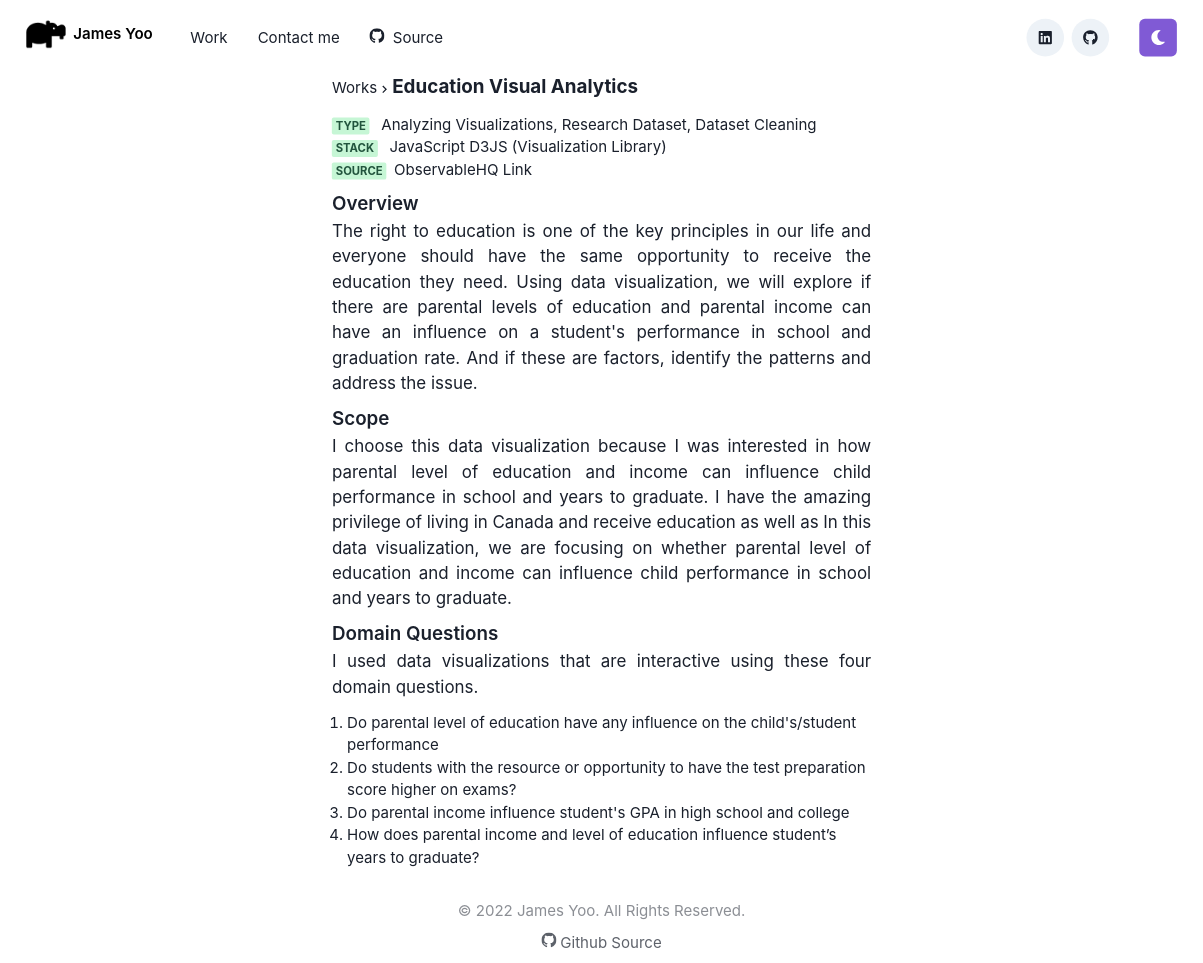
Repository: jammy729/portfolio-2022
Page: /work/educationvisualanalytics
The author's editor kept a copy of each file at every save. The page is drawn from the files as they stood at one save, then again after a run of saves.
The browser window is 1280 px wide. The pictures show the whole page, at 94% of full size.
The project was rebuilt for these pictures with package versions that can differ from the ones it lists, and the page was loaded fresh each time. Also part of the build but not shown: src/components/home.js, src/components/contact.js, src/components/layouts/layout.js, src/components/work/work.js, src/components/work/Development/WorldInstitutionDatabase/worldinstitutiondatabase.js, src/components/work/Development/GeoMemories/geomemories.js, src/components/work/Design/ExperienceDesign/experiencedesign.js, src/components/work/Development/PersonalPortfolio/personalportfolio.js. Imported but missing from the stored project, and not drawn on this page: src/components/work/Design/FinestCup/finestcup, src/components/work/Development/WorldInstitutionDatabase/universityDatabase.mp4.

Above is the page before, as saved 2022-06-28 15:53:43.

### public/index.html
<!DOCTYPE html>
<html lang="en">
  <head>
    <meta charset="utf-8" />
    <meta name="viewport" content="width=device-width, initial-scale=1" />

    <link rel="shortcut icon" href="%PUBLIC_URL%/hippo.png" />
    <link rel="manifest" href="%PUBLIC_URL%/manifest.json" />

    <title>James Yoo</title>
  </head>
  <body>
    <div id="root"></div>
  </body>
</html>

### src/index.js
import React from 'react'
import ReactDOM from 'react-dom/client'
import './index.css'
import App from './components/App'
import { ChakraProvider, ColorModeScript } from '@chakra-ui/react'

const root = ReactDOM.createRoot(document.getElementById('root'))
root.render(
  <React.StrictMode>
    <ChakraProvider>
      <ColorModeScript initialColorMode='light' />
      <App />
    </ChakraProvider>
  </React.StrictMode>
)

### src/index.css
html, body {
    height: 100%;
  }

### src/components/App.js
import React from 'react'
import Navbar from './navbar'
import { BrowserRouter as Router, Routes, Route } from 'react-router-dom'
import Home from './home'
import Contact from './contact'
import Work from './work/work'
import Footer from './footer'

import UniversityDatabase from './work/Development/WorldInstitutionDatabase/worldinstitutiondatabase'
import GeoMemories from './work/Development/GeoMemories/geomemories'
import FinestCup from './work/Design/FinestCup/finestcup'
import ExperienceDesign from './work/Design/ExperienceDesign/experiencedesign'
import EducationVisualAnalytic from './work/Development/EducationVisualAnalytics/educationvisualanalytics'
import PersonalPortfolio from './work/Development/PersonalPortfolio/personalportfolio'

const App = () => {
  return (
    <Router>
      <Navbar />
      <Routes>
        <Route exact path='/' element={<Home />} />

        <Route exact path='/work' element={<Work />} />
        <Route
          exact
          path='/work/worldinstitutiondatabase'
          element={<UniversityDatabase />}
        />
        <Route exact path='/work/geomemories' element={<GeoMemories />} />
        <Route
          exact
          path='/work/educationvisualanalytics'
          element={<EducationVisualAnalytic />}
        />
        <Route
          exact
          path='/work/personalportfolio'
          element={<PersonalPortfolio />}
        />

        <Route exact path='/work/finestcup' element={<FinestCup />} />
        <Route
          exact
          path='/work/experiencedesign'
          element={<ExperienceDesign />}
        />
        <Route exact path='/contact' element={<Contact />} />
      </Routes>
      <Footer />
    </Router>
  )
}

export default App

### src/components/navbar.js
import { Link } from 'react-router-dom'
import { IconButton } from '@chakra-ui/button'
import { useColorMode } from '@chakra-ui/color-mode'
import { HamburgerIcon } from '@chakra-ui/icons'
import { GoMarkGithub } from 'react-icons/go'
import {
  Flex,
  Stack,
  HStack,
  Spacer,
  MenuItem,
  MenuButton,
  Menu,
  MenuList,
  Box,
  MenuGroup,
  Text,
  Icon
} from '@chakra-ui/react'
import { FaSun, FaMoon, FaGithub, FaLinkedin } from 'react-icons/fa'

import Logo from './logo'
const Navbar = () => {
  const { colorMode, toggleColorMode } = useColorMode()
  const isDark = colorMode === 'dark'
  return (
    <Stack direction={'row'} p={5}>
      <Flex w='full' mx={2}>
        <Logo />

        <HStack
          ml={7}
          justifyContent='center'
          display={{ base: 'none', lg: 'flex' }}
        >
          <Menu>
            <Box px={3}>
              <Link to='./work'>
                <Text>Work</Text>
              </Link>
            </Box>
            <Box px={3}>
              <Link to='/contact'>Contact me</Link>
            </Box>
            <Box px={3} alignItems='center' display='inline-flex'>
              <a
                href='https://github.com/jammy729/portfolio-2022'
                target='blank'
              >
                <Icon as={GoMarkGithub} mr={1} /> Source
              </a>
            </Box>
          </Menu>
        </HStack>

        <Spacer />

        <Box flex={3} align='right' fontSize='md' fontWeight='semibold'>
          <Box flex={1} display={{ base: 'inline-block', lg: 'none' }}>
            <Menu isLazy id='navbar-menu'>
              <IconButton
                boxSize='3rem'
                mx={1}
                icon={isDark ? <FaSun /> : <FaMoon />}
                onClick={toggleColorMode}
                colorScheme={isDark ? 'orange' : 'purple'}
              />
              <MenuButton
                boxSize='3rem'
                as={IconButton}
                icon={<HamburgerIcon />}
                aria-label='Options'
                colorScheme={isDark ? 'blue' : 'blackAlpha'}
              />
              <MenuList w={['80vw', '50vw']}>
                <MenuGroup>
                  <MenuItem pl={5}>
                    <Link to='./work'>Work</Link>
                  </MenuItem>
                  <MenuItem pl={5}>
                    <Link to='./contact'>Contact</Link>
                  </MenuItem>
                  <MenuItem pl={5}>
                    <a
                      href='https://www.linkedin.com/in/james-yoo-b4a1231a5/'
                      target='blank'
                    >
                      <Icon as={FaLinkedin} mr={1} />
                      LinkedIn
                    </a>
                  </MenuItem>
                  <MenuItem pl={5}>
                    <a href='https://github.com/jammy729' target='blank'>
                      <Icon as={GoMarkGithub} mr={1} />
                      GitHub
                    </a>
                  </MenuItem>
                </MenuGroup>
              </MenuList>
            </Menu>
          </Box>
        </Box>

        <Box display={{ base: 'none', lg: 'flex' }}>
          <a
            href='https://www.linkedin.com/in/james-yoo-b4a1231a5/'
            target='blank'
          >
            <IconButton
              icon={<FaLinkedin />}
              isRound='true'
              linkButton={true}
              mx={2}
            />
          </a>
          <a href='https://github.com/jammy729' target='blank'>
            <IconButton icon={<FaGithub />} isRound='true' linkButton={true} />
          </a>
          <IconButton
            ml={8}
            icon={isDark ? <FaSun /> : <FaMoon />}
            onClick={toggleColorMode}
            colorScheme={isDark ? 'orange' : 'purple'}
          />
        </Box>
      </Flex>
    </Stack>
  )
}

export default Navbar

### src/components/footer.js
import { Box, Icon, Text, Container, HStack } from '@chakra-ui/react'
import styled from '@emotion/styled'
import { GoMarkGithub } from 'react-icons/go'

const Bottom = styled.div`
  position: relative;
  width: 100%;
  text-align: center;
  padding-bottom: 10px;
`

const Footer = () => {
  return (
    <Box as='footer'  w="100%" position="absolute" justifyContent="space-between" mt='2rem'>
      <Container opacity={0.5}>
        <Bottom>
          &copy; {new Date().getFullYear()} James Yoo. All Rights Reserved.
        </Bottom>
      </Container>

      <HStack>
        <Bottom>
          <a
            href='https://github.com/jammy729/portfolio-2022'
            target='_blank'
            rel='noopener noreferrer'
          >
            <Text
              opacity={0.7}
              _hover={{
                opacity: '1'
              }}
            >
              <Icon as={GoMarkGithub} mr={1} />
              Github Source
            </Text>
          </a>
        </Bottom>
      </HStack>
    </Box>
  )
}

export default Footer

### src/components/work/Development/EducationVisualAnalytics/educationvisualanalytics.js
import React from 'react'
import { Title, WorkImage, Tag } from '../../../layouts/work-grid'
import { Box, Container, List, ListItem, OrderedList } from '@chakra-ui/react'
import { Writing, DescriptionText } from '../../layout'

const EducationVisualAnalytics = () => {
  return (
    <Box>
      <Container>
        <Title>Education Visual Analytics</Title>
        {/* BADGES  */}
        <List>
          <ListItem>
            <Tag> Type </Tag> Analyzing Visualizations, Research Dataset,
            Dataset Cleaning
          </ListItem>
          <ListItem>
            <Tag> Stack </Tag> JavaScript D3JS (Visualization Library)
          </ListItem>
          <ListItem>
            <Tag> Source </Tag>
            <a
              target='blank'
              href='https://observablehq.com/@jamesyoo/iat-355-final-project-spring-2021/2'
            >
              ObservableHQ Link
            </a>
          </ListItem>
        </List>

        {/* OVERVIEW   */}
        <Writing size='md' title='Overview' />
        <DescriptionText>
          The right to education is one of the key principles in our life and
          everyone should have the same opportunity to receive the education
          they need. Using data visualization, we will explore if there are
          parental levels of education and parental income can have an influence
          on a student's performance in school and graduation rate. And if these
          are factors, identify the patterns and address the issue.
        </DescriptionText>

        {/* SCOPE  */}
        <Writing size='md' title='Scope' />
        <DescriptionText>
          I choose this data visualization because I was interested in how
          parental level of education and income can influence child performance
          in school and years to graduate. I have the amazing privilege of
          living in Canada and receive education as well as In this data
          visualization, we are focusing on whether parental level of education
          and income can influence child performance in school and years to
          graduate.
        </DescriptionText>

        {/* DOMAIN QUESTIONS  */}
        <Writing size='md' title='Domain Questions' />
        <DescriptionText>
          I used data visualizations that are interactive using these four
          domain questions.
        </DescriptionText>
        <OrderedList>
          <ListItem>
            Do parental level of education have any influence on the
            child's/student performance
          </ListItem>
          <ListItem>
            Do students with the resource or opportunity to have the test
            preparation score higher on exams?
          </ListItem>
          <ListItem>
            Do parental income influence student's GPA in high school and
            college
          </ListItem>
          <ListItem>
            How does parental income and level of education influence student’s
            years to graduate?
          </ListItem>
        </OrderedList>
      </Container>
    </Box>
  )
}

export default EducationVisualAnalytics

/* <Center>
<Container>
  <Title>Education Visual Analytic</Title>
  <Text fontSize={isLargeScreen ? "lg" : "lg"} py={3}>
    Designed and implemented an interactive visualization for
    multidimensional data using Observable.{" "}
  </Text>
  <Text fontSize={isLargeScreen ? "lg" : "lg"} py={3}>
    Implemented two datasets to investigate and question the impact of
    parental levels of education and income on the student's performance
    in school and graduation rate.
  </Text>
  <List py={2}>
    <ListItem>
      <Tag>Type</Tag> Academic Project
    </ListItem>
    <ListItem>
      <Tag>Stack</Tag> JavaScript and D3JS (visualization library)
    </ListItem>
    <ListItem>
      <Tag>Website</Tag>{" "}
      <a href="https://observablehq.com/@jamesyoo/iat-355-final-project-spring-2021/2">
        https://observablehq.com/@jamesyoo/iat-355-final-project-spring-2021/2
      </a>
    </ListItem>
  </List>
</Container>
</Center> */

### src/components/logo.js
import React from 'react'
import { Box, Center, Image, Heading, Text } from '@chakra-ui/react'
import { Link } from 'react-router-dom'
import { useColorMode } from '@chakra-ui/color-mode'
import styled from '@emotion/styled'
import HippoImg from '../contents/hippo.png'
import HippoImgDark from '../contents/hippo-dark.png'
import { useMediaQuery } from '@chakra-ui/react'

const LogoBox = styled.span`
  display: inline-flex;
  align-items: center;

  &:hover img {
    transform: rotate(-10deg);
  }
`
const Logo = () => {
  const { colorMode } = useColorMode()
  const isDark = colorMode === 'dark'
  const [isLargeScreen] = useMediaQuery('(min-width:750px)')
  return (
    <Box>
      <Center>
        <LogoBox>
          <Image
            src={isDark ? HippoImgDark : HippoImg}
            w={{ base: '50px' }}
            pr={2}
          />
          <Heading
            justifyContent='center'
            size={isLargeScreen ? 'md' : 'md'}
            fontWeight='semibold'
            color={isDark ? 'white' : 'black'}
          >
            <Link to='/'>
              <Text fontSize='md'>James Yoo</Text>
            </Link>
          </Heading>
        </LogoBox>
      </Center>
    </Box>
  )
}

export default Logo

### src/components/layouts/work-grid.js
import React from 'react'
import { Link } from 'react-router-dom'
import {
  Box,
  LinkBox,
  LinkOverlay,
  Text,
  Image,
  Heading,
  Badge,
  Center
} from '@chakra-ui/react'
import { useMediaQuery } from '@chakra-ui/media-query'
import { ChevronRightIcon } from '@chakra-ui/icons'
import { useColorMode } from '@chakra-ui/color-mode'

export const WorkGrid = ({ children, id, title, thumbnail }) => {
  const [isLargeScreen] = useMediaQuery('(min-width:750px)')

  return (
    <Box maxW='100%' maxH='auto' pb={6} textAlign='center' position='relative'>
      <Link to={`/work/${id}`}>
        <LinkBox cursor='pointer'>
          <Image
            objectFit='cover'
            margin='auto'
            src={thumbnail}
            alt={title}
            placeholder='blur'
            w='100%'
            h={isLargeScreen ? '300px' : '270px'}
            borderRadius='lg'
            fallbackSrc='https://via.placeholder.com/150'
          />
          <LinkOverlay to={`/work/${id}`}>
            <Text mt={2} fontSize={20} fontWeight='semibold'>
              {title}
            </Text>
          </LinkOverlay>
          <Text fontSize={14} px={5}>
            {children}
          </Text>
        </LinkBox>
      </Link>
    </Box>
  )
}

export const Title = ({ children }) => (
  <Box>
    <Link to='/work'>Works</Link>
    <span>
      <ChevronRightIcon />
    </span>
    <Heading display='inline-block' as='h3' fontSize={20} mb={4}>
      {children}
    </Heading>
  </Box>
)

export const WorkImage = ({ src, alt, caption, w }) => {
  const { colorMode } = useColorMode()

  const isDark = colorMode === 'dark'
  return (
    <Box mb={3}>
      <Image borderRadius='2xl' w={w} src={src} alt={alt} mt={4} />
      <Center>
        <Text color={isDark ? 'gray.300' : 'gray.500'}>{caption}</Text>
      </Center>
    </Box>
  )
}

export const Tag = ({ children }) => (
  <Badge colorScheme='green' mr={2}>
    {children}
  </Badge>
)

### src/components/work/layout.js
import React from 'react'
import { Link } from 'react-router-dom'
import { useColorMode } from '@chakra-ui/color-mode'
import { useMediaQuery } from '@chakra-ui/media-query'

import {
  Center,
  Flex,
  Box,
  Text,
  Button,
  Stack,
  Heading,
  Image
} from '@chakra-ui/react'
import profile from '../work/Home/profile.JPG'
export const HeroSection = ({ name, role, work, contact, src }) => {
  const { colorMode } = useColorMode()
  const isDark = colorMode === 'dark'

  const [isLargeScreen] = useMediaQuery('(min-width:750px)')
  return (
    <Center>
      <Flex>
        <Box>
          <Center>
            <Image
              boxSize={isLargeScreen ? '300px' : '250px'}
              src={profile}
              objectFit='cover'
              borderRadius='lg'
            />
          </Center>

          <Text fontSize='3xl' fontWeight='semibold'>
            {name}
          </Text>
          <Text color={isDark ? 'gray.200' : 'black'} mb={4}>
            {role}
          </Text>
          <Stack direction={isLargeScreen ? 'row' : 'column'}>
            <Link to='./work'>
              <Button
                colorScheme='teal'
                cursor='pointer'
                variant='solid'
                w='100%'
              >
                {work}
              </Button>
            </Link>

            <Link to='./contact'>
              <Button
                colorScheme='teal'
                cursor='pointer'
                variant='outline'
                w='100%'
              >
                {contact}
              </Button>
            </Link>
          </Stack>
        </Box>
      </Flex>
    </Center>
  )
}

export const About = ({ title, bio }) => {
  const [isLargeScreen] = useMediaQuery('(min-width:750px)')

  return (
    <Center>
      <Box width={isLargeScreen ? '600px' : '80%'} margin='auto'>
        <Heading size={isLargeScreen ? 'md' : 'lg'} as='u'>
          {title}
        </Heading>
        <Text
          textAlign='justify'
          py='10px'
          fontSize={{ sm: 'lg', md: 'lg', lg: 'md' }}
        >
          {bio}
        </Text>
      </Box>
    </Center>
  )
}

export const Writings = ({ size, title, description }) => {
  return (
    <>
      <Heading size={size} mt={3} mb={1} fontWeight='semibold'>
        {title}
      </Heading>
      <Text mb={3} fontSize='lg' textAlign='justify'>
        {description}
      </Text>
    </>
  )
}

export const Writing = ({ size, title }) => {
  return (
    <>
      <Heading size={size} mt={3} mb={1} fontWeight='semibold'>
        {title}
      </Heading>
    </>
  )
}

export const DescriptionText = ({ children }) => {
  return (
    <>
      <Text mb={3} fontSize='lg' textAlign='justify'>
        {children}
      </Text>
    </>
  )
}

After the next 2 saves:
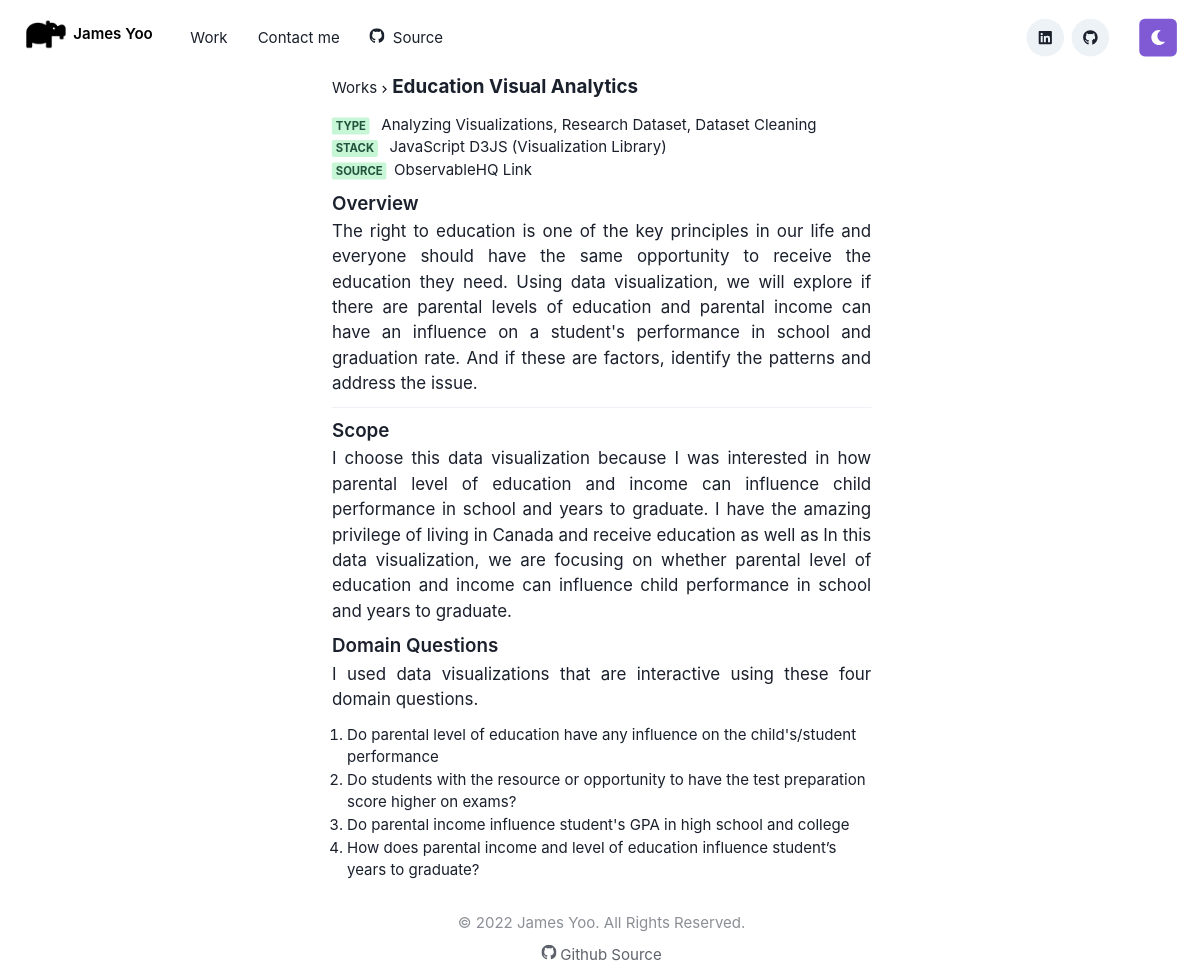
The 2 saves are shown as one change because 1 did not build or start.
The last was saved 15 s later.
--- a/src/components/work/Development/EducationVisualAnalytics/educationvisualanalytics.js
+++ b/src/components/work/Development/EducationVisualAnalytics/educationvisualanalytics.js
@@ -1,6 +1,6 @@
 import React from 'react'
 import { Title, WorkImage, Tag } from '../../../layouts/work-grid'
-import { Box, Container, List, ListItem, OrderedList } from '@chakra-ui/react'
+import { Box, Container, List, ListItem, OrderedList, Divider } from '@chakra-ui/react'
 import { Writing, DescriptionText } from '../../layout'
 
 const EducationVisualAnalytics = () => {
@@ -38,6 +38,8 @@ const EducationVisualAnalytics = () => {
           on a student's performance in school and graduation rate. And if these
           are factors, identify the patterns and address the issue.
         </DescriptionText>
+
+        <Divider />
 
         {/* SCOPE  */}
         <Writing size='md' title='Scope' />
